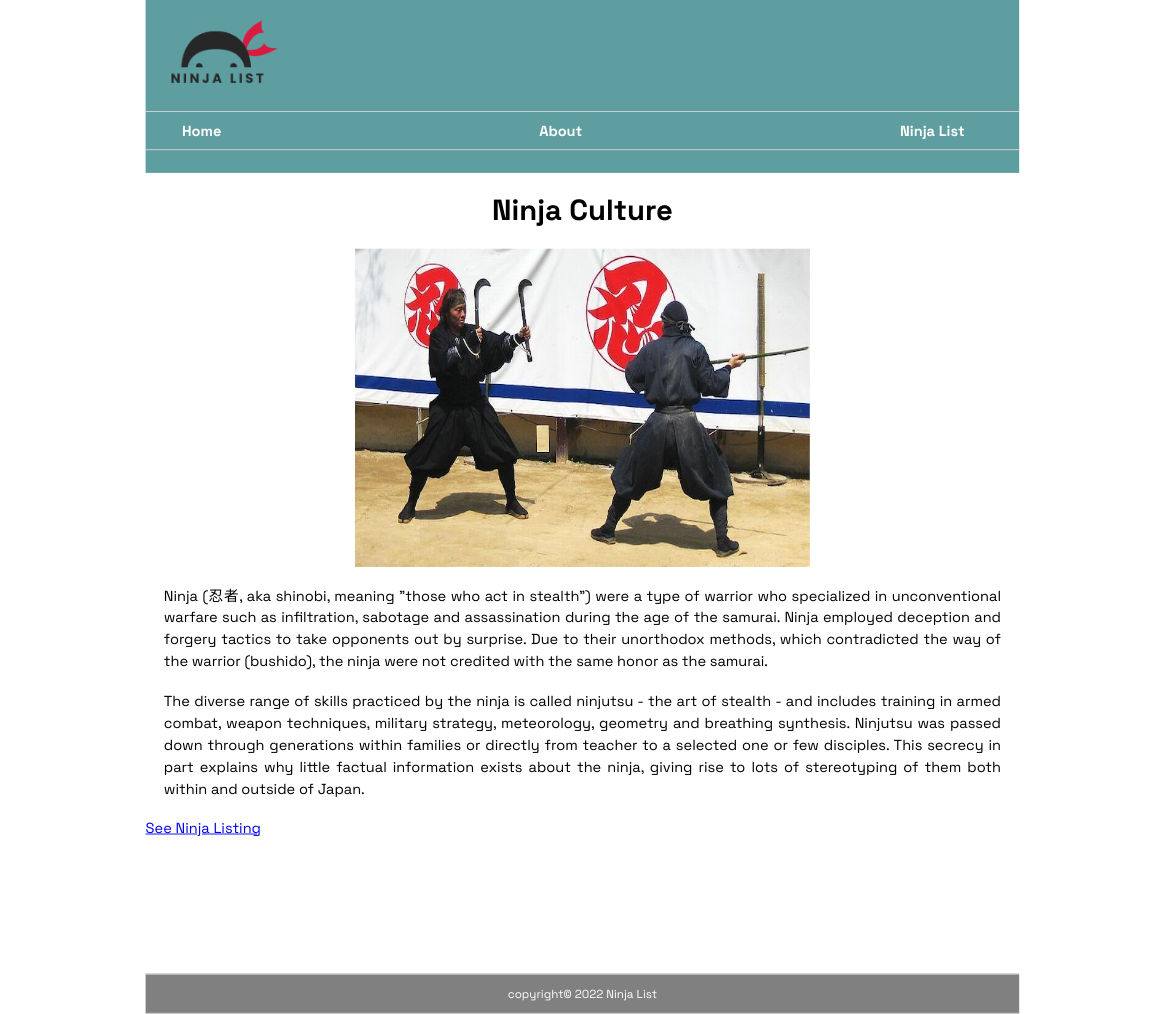
Repository: SaadYasin/ninja-list-next-training
Page: /
These files come from the project's save history. The page is drawn as it stood at one moment and after the next save; the edit follows.
The browser window is 1280 px wide. The pictures show the whole page, at 91% of full size.
The project was rebuilt for these pictures with package versions that can differ from the ones it lists, and the page was loaded fresh each time. The framework's server and built-in components were replaced by stand-ins that run in the browser. Also part of the build but not shown: next.config.js.

Above is the page before, as saved 2022-10-15 23:41:18.

### pages/index.js
import Head from 'next/head'
import Image from 'next/image'
import Link from 'next/link';
import styles from '../styles/Home.module.css'

export default function Home() {
  return (
    <div className={styles.mainContainer}>
      <Head>
        <title>NINJA List | Home</title>
        <meta property="og:title" content="Ninja list" key="ninja list" />
      </Head>

      <h1 className={styles.heading}>Ninja Culture</h1>

      <div className={styles.image}>
        <Image src="/ninja01.jpg" width={500} height={350} alt=""></Image>
      </div>

      <p className={styles.textBody}>
        Ninja (忍者, aka shinobi, meaning &quot;those who act in stealth&quot;)
        were a type of warrior who specialized in unconventional warfare such as
        infiltration, sabotage and assassination during the age of the samurai.
        Ninja employed deception and forgery tactics to take opponents out by
        surprise. Due to their unorthodox methods, which contradicted the way of
        the warrior (bushido), the ninja were not credited with the same honor
        as the samurai.
      </p>
      <p className={styles.textBody}>
        The diverse range of skills practiced by the ninja is called ninjutsu -
        the art of stealth - and includes training in armed combat, weapon
        techniques, military strategy, meteorology, geometry and breathing
        synthesis. Ninjutsu was passed down through generations within families
        or directly from teacher to a selected one or few disciples. This
        secrecy in part explains why little factual information exists about the
        ninja, giving rise to lots of stereotyping of them both within and
        outside of Japan.
      </p>
      <Link href="/ninjas">
        <a className={styles.btn}>See Ninja Listing</a>
      </Link>
    </div>
  );
}

### components/Layout.js
import Footer from "./Footer"
import Navbar from "./Navbar"

const Layout = ({ children }) => {
  return (
    <div className="container">
      <Navbar />
      {children}
      <Footer />
    </div>
  );
};

export default Layout;

### styles/globals.css
@import url('https://fonts.googleapis.com/css2?family=Space+Grotesk:wght@300;400;500;600;700&display=swap');

* {
  box-sizing: border-box;
}

html,
body {
  padding: 0;
  margin: 0;
  font-family: 'Space Grotesk', sans-serif;
}

.container {
  max-width: 960px;
  margin: 0 auto;

}

/* .footer {
  font-size: 0.8rem;
  text-align: center;
  color: white;
  margin-top: 150px;
  border-top: 1px solid lightgrey;
  border-bottom: 1px solid lightgrey;
  background: gray;
} */

/* .header {
  background: cadetblue;
  height: 190px;
}

.logo {
  padding: 20px;
}

.navbar {
  display: flex;
  justify-content: space-between;
  padding: 10px 40px;
  border-top: 1px solid lightgray;
  border-bottom: 1px solid lightgray;
}

.linkItem {
  font-size: 1rem;
  font-weight: bold;
  margin-right: 20px;
} */

@media (prefers-color-scheme: dark) {
  html {
    color-scheme: dark;
  }
  body {
    color: black;
    background: rgb(173, 190, 222);
  }
}

### styles/Home.module.css
.heading {
  text-align: center;
}

.textBody {
  text-align: justify;
  margin: 20px;
  line-height: 1.5;
}

.image {
display: flex;
justify-content: center;
}

.btn {
  width: 120px;
  height: 35px;
  background: ;
}

### components/Footer.js
import styles from '../styles/Footer.module.css';

const Footer = () => {
  return (
    <footer className={styles.footer}>
      <p>copyright&copy; 2022 Ninja List</p>
    </footer>
  );
};

export default Footer;

### components/Navbar.js
import Image from 'next/image';
import Link from "next/link";
import styles from '../styles/Navbar.module.css';

const Navbar = () => {
  return (
    <nav className={styles.header}>
      <div className={styles.logo}>
        <Image src="/ninja-logo.png" width={128} height={77} alt="" />
      </div>

      <div className={styles.navbar}>
      <Link href="/">
        <a className={styles.linkItem}>Home</a>
      </Link>

      <Link href="/about">
        <a className={styles.linkItem}>About</a>
      </Link>

      <Link href="/ninjas">
        <a className={styles.linkItem}>Ninja List</a>
      </Link>
      </div>

    </nav>
  );
};

export default Navbar;

### styles/Footer.module.css
.footer {
  font-size: 0.8rem;
  text-align: center;
  color: white;
  margin-top: 150px;
  border-top: 1px solid lightgrey;
  border-bottom: 1px solid lightgrey;
  background: gray;
}

### styles/Navbar.module.css
.header {
  background: cadetblue;
  height: 190px;
}

.logo {
  padding: 20px;
}

.navbar {
  display: flex;
  justify-content: space-between;
  padding: 10px 40px;
  border-top: 1px solid lightgray;
  border-bottom: 1px solid lightgray;
}

.linkItem {
  font-size: 1rem;
  color: white;
  font-weight: bold;
  text-decoration: none;
  margin-right: 20px;
}

Loaded but not shown: pages/_app.js (common file)

After the next save:
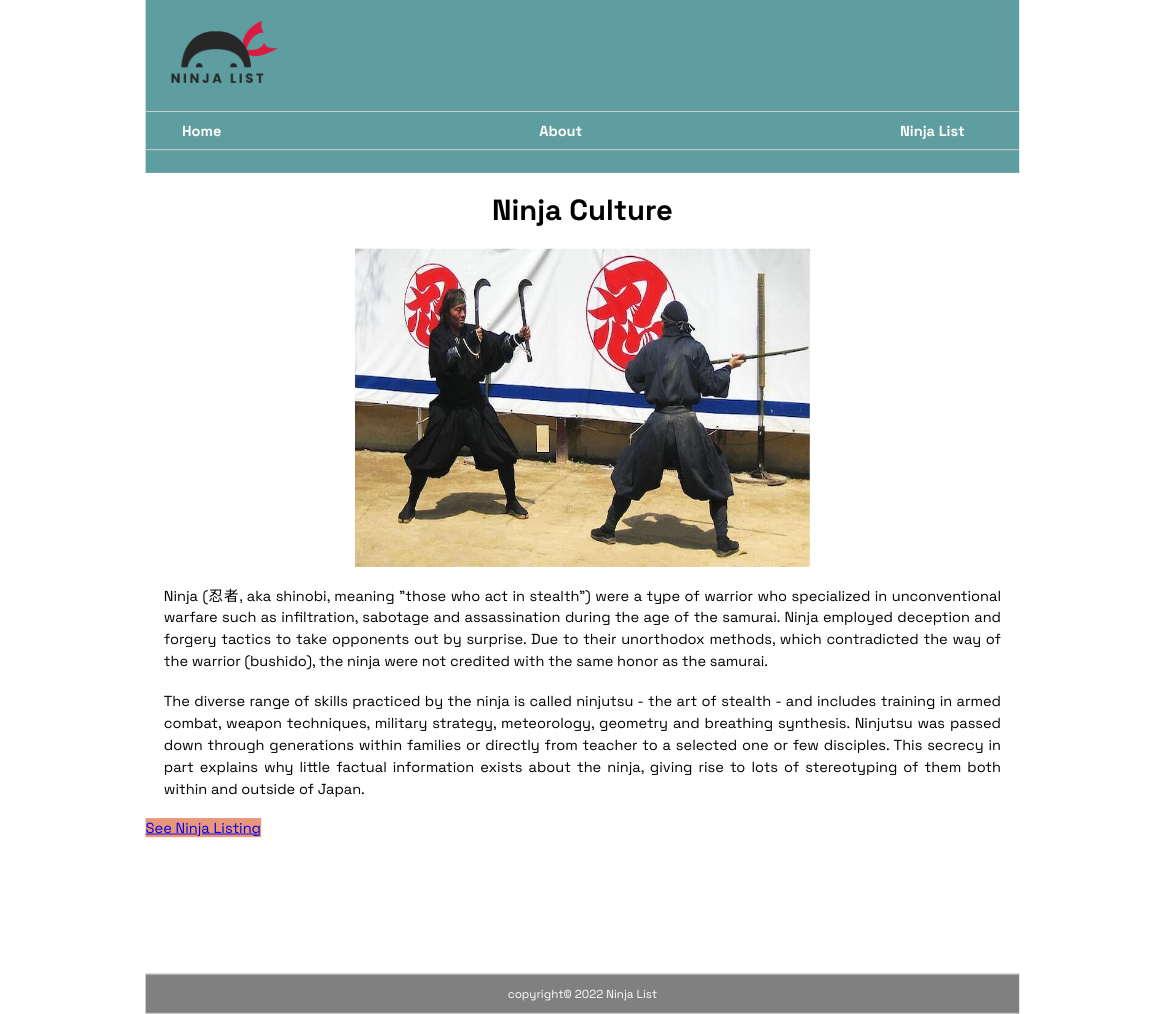
Saved 23 s later.
--- a/styles/Home.module.css
+++ b/styles/Home.module.css
@@ -16,5 +16,5 @@ justify-content: center;
 .btn {
   width: 120px;
   height: 35px;
-  background: ;
+  background: darksalmon;
 }
